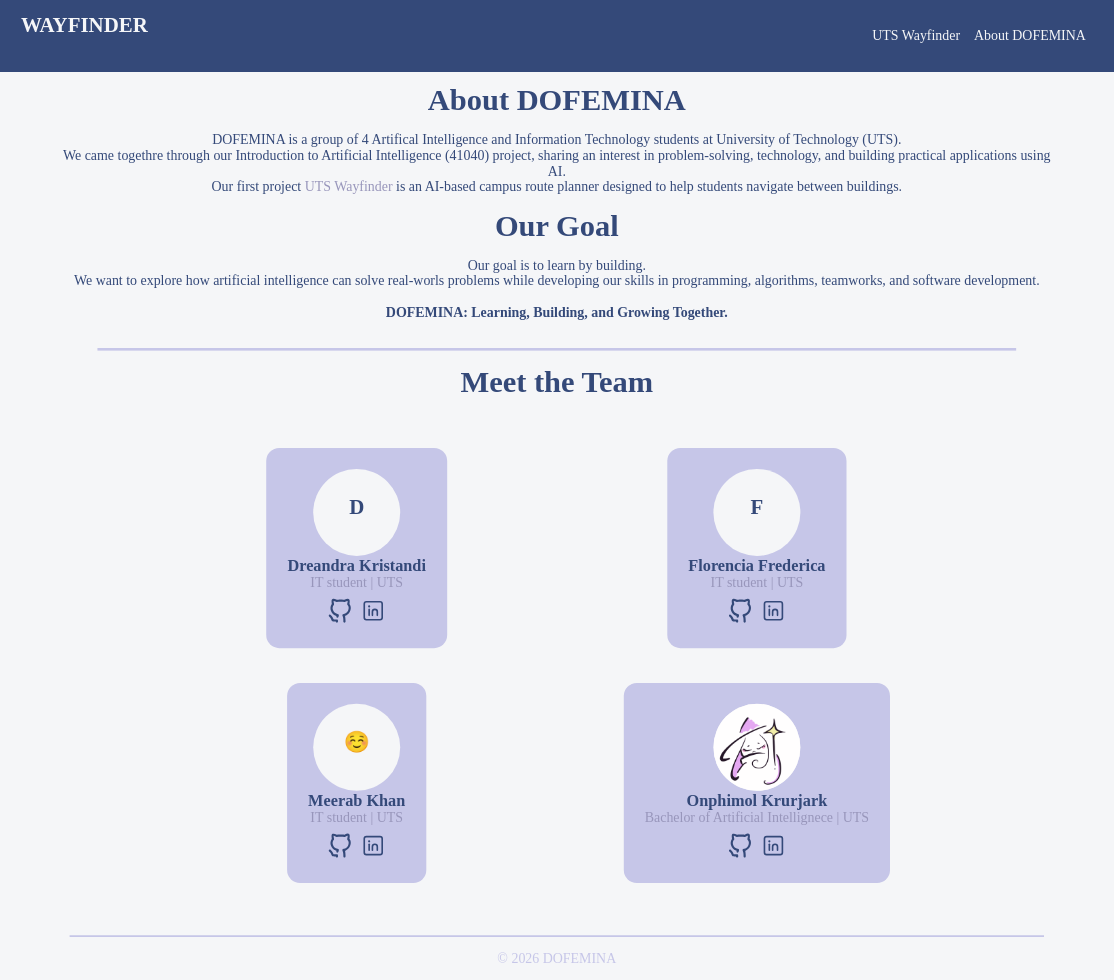
Repository: Meerab-K/uts-wayfinder
Page: html/about.html
The author's editor kept a copy of each file at every save. The page is drawn from the files as they stood at one save, then again after the next save.
The browser window is 1280 px wide. The pictures show the whole page, at 87% of full size.
Some web fonts or font styles are not loaded; a fallback is used.

Above is the page before, as saved 2026-10-19 22:22:20.

### html/about.html
<!DOCTYPE html>
<html lang="en">
<head>
    <meta charset="UTF-8">
    <meta name="viewport" content="width=device-width, initial-scale=1.0">
    <title>About DOFEMINA - UTS Wayfinder</title>

    <link rel="stylesheet" href="../css/common.css">
    <link rel="stylesheet" href="../css/about.css">
    <link rel="stylesheet" href="../css/responsive.css">

    <!-- Google Fonts -->
    <link rel="preconnect" href="https://fonts.googleapis.com">
    <link rel="preconnect" href="https://fonts.gstatic.com" crossorigin>
    <link href="https://fonts.googleapis.com/css2?family=Maname&display=swap" rel="stylesheet">

</head>
<body>
    <header>
        <nav class="navbar">
            <h1>WAYFINDER</h1>
            <ul>
                <li><a href="index.html">UTS Wayfinder</a></li>
                <li><a href="about.html">About DOFEMINA</a></li>
            </ul>
        </nav>
    </header>

    <main>
        <h2>About DOFEMINA</h2>
        <div class="content-box">
            <p>DOFEMINA is a group of 4 Artifical Intelligence and Information Technology students at University of Technology (UTS).</p>
            <p>We came togethre through our Introduction to Artificial Intelligence (41040) project, sharing an interest in problem-solving, technology, and building practical applications using AI.</p>
            <p>Our first project <span class="highlight">UTS Wayfinder</span> is an AI-based campus route planner designed to help students navigate between buildings.</p>
        </div>

        <h2>Our Goal</h2>
        <div class="content-box">
            <p>Our goal is to learn by building.</p>
            <p>We want to explore how artificial intelligence can solve real-worls problems while developing our skills in programming, algorithms, teamworks, and software development.</p>
            <p><br><b>DOFEMINA: Learning, Building, and Growing Together.</b></p>
        </div>

        <h2 class="MeetTeam-topic">Meet the Team</h2>
        <div class="team-contact">
            <div class="card-holder">
                <div class="profile"><span>D</span></div>
                <h3 class="name">Dreandra Kristandi</h3>
                <div class="bio">IT student | UTS</div>
                <div class="contact-link">
                    <a href="" target="_blank"><span class="github-icon"></span></a>
                    <a href="" target="_blank"><span class="linkedin-icon"></span></a>
                </div>
            </div>
            <div class="card-holder">
                <div class="profile"><span>F</span></div>
                <h3 class="name">Florencia Frederica</h3>
                <div class="bio">IT student | UTS</div>
                <div class="contact-link">
                    <a href="" target="_blank"><span class="github-icon"></span></a>
                    <a href="" target="_blank"><span class="linkedin-icon"></span></a>
                </div>
            </div>
            <div class="card-holder">
                <div class="profile"><span>☺️</span></div>
                <h3 class="name">Meerab Khan</h3>
                <div class="bio">IT student | UTS</div>
                <div class="contact-link">
                    <a href="" target="_blank"><span class="github-icon"></span></a>
                    <a href="" target="_blank"><span class="linkedin-icon"></span></a>
                </div>
            </div>
            <div class="card-holder">
                <div class="profile"><img src="../img/jiajy-logo.png" alt="Jiajy-logo"></div>
                <h3 class="name">Onphimol Krurjark</h3>
                <div class="bio">Bachelor of Artificial Intellignece | UTS</div>
                <div class="contact-link">
                    <a href="https://github.com/JiajyStudio" target="_blank"><span class="github-icon"></span></a>
                    <a href="" target="_blank"><span class="linkedin-icon"></span></a>
                </div>
            </div>
        </div>

    </main>

    <footer>
        <p>&copy; 2026 DOFEMINA </p>
    </footer>
</body>
</html>

### css/common.css
:root {
    /*Background*/
    --background-color: #f5f6f8;
    --primary-color: #344979;
    --secondary-color: #9896BB;

    /*Highlight*/
    --highlight-purple: #c6c6e8;
    --highlight-pink: #f7e5eb;

    /*Font*/
    --font: "Maname", serif;
}

* {
    margin: 0;
    padding: 0;
    font-family: var(--font);
}

body {
    background-color: var(--background-color);
    color: var(--primary-color);
}

footer {
    text-align: center;
    margin: 0 5rem;
    padding: 1rem;
    border-top: 2px solid var(--highlight-purple);
    color: var(--highlight-purple);
}

h2 {
    color: var(--primary-color);
    padding: 1rem;
    font-size: 35px;
}

.navbar {
    background-color: var(--primary-color);
    padding: 1rem;
    margin: 0;
    position: fixed;
    top: 0;
    z-index: 100;
    width: 100%;
    display: flex;
    justify-content: space-between;
    box-sizing: border-box;
}

.navbar h1 {
    color: var(--background-color);
    padding: 0 0 0 0.5rem;
}

.navbar ul {
    list-style-type: none;
    display: flex;
    gap: 1rem;
    margin: 1rem;
}

.navbar a {
    text-decoration: none;
    color: var(--background-color);
}

.navbar a:hover {
    color: var(--highlight-purple);
}

.floating-menu-btn {
    position: fixed;
    bottom: 1rem;
    right: 1rem;
    width: 50px;
    height: 50px;
    background-color: var(--primary-color);
    border-radius: 50%;
    display: flex;
    justify-content: center;
    align-items: center;
    cursor: pointer;
    z-index: 1000;
}

.floating-menu-btn span{
    background-color: var(--background-color);
    width: 30px;
    height: 3px;
}

main {
    margin-top: 10rem;
}

### css/about.css
main {
    padding: 0 2rem;
    margin-top: 5rem;
    margin-bottom: 2rem;
    width: 100%;
    box-sizing: border-box;
}

.highlight {
    color: var(--secondary-color);
}

h2 {
    text-align: center;
}

.content-box {
    padding: 0 2rem;
    text-align: center;
}

.MeetTeam-topic {
    margin: 2rem 5rem 0 5rem;
    border-top: 3px solid var(--highlight-purple);
}

.team-contact {
    display: grid;
    grid-template-columns: repeat(2, minmax(0, 1fr));
    gap: 20px;

    width: 90%;
    max-width: 900px;
    margin: 40px auto;
}

.card-holder {
    background-color: var(--highlight-purple);
    border-radius: 15px;
    box-sizing: border-box;

    padding: 1.5rem;
    margin: 0 auto 20px;

    display: flex;
    flex-direction: column;
    align-items: center;
    justify-content: center;
    text-align: center;
}

.profile {
    display: flex;
    align-items: center;
    justify-content: center;

    height: 100px;
    width: 100px;
    border-radius: 50%;
    background-color: var(--background-color);

    font-size: 1.5rem;
    font-weight: bold;
    line-height: 1;
    padding: 0;
    box-sizing: border-box;
}

.profile span {
    display: block;
    transform: translate(0, -6px);
    color: var(--primary-color)
}

.profile img {
    width: 100px;
    height: 100px;
    border-radius: 50%;
}

.name {
    margin: 0;
}

.bio {
    color: var(--secondary-color);
}

.contact-link {
    display: inline-flex;
    gap: 0.5rem;
    margin-top: 0.5rem;
    height: auto;
}

.github-icon {
    display: inline-block;
    width: 30px;
    height: 30px;

    background-color: var(--primary-color);
    mask: url("../svg/github.svg") center / contain no-repeat;
}

.github-icon:hover {
    background-color: var(--highlight-pink);
}

.linkedin-icon {
    display: inline-block;
    width: 30px;
    height: 30px;

    background-color: var(--primary-color);
    mask: url("../svg/linkedin.svg") center / contain no-repeat;
}

.linkedin-icon:hover {
    background-color: var(--highlight-pink);
}

### css/responsive.css
@media (max-width: 1000px) {
    /*index.html*/
    #map_section {
        display: block;
    }

    #map_section img {
        width: 100%;
        margin: 0;
    }

    #map_section div h2 {
        text-align: center;
    }

    #map_section div table {
        width: 100%;
    }
}

@media (max-width: 800px) {
    main {
        margin-top: 10rem;
    }

    .navbar {
        text-align: center;
        display: block;
    }

    .navbar ul {
        justify-content: center;
        margin-top: 1.5rem;
        padding: 0.5rem;
        border-top: 1px solid var(--secondary-color);
    }

    /*index.html*/
    form select {
        width: 60%;
    }

    /*about.html*/
    .team-contact {
        grid-template-columns: 1fr;
        max-width: 450px;
    }
}

### svg/github.svg
<?xml version="1.0" encoding="utf-8"?><!-- Uploaded to: SVG Repo, www.svgrepo.com, Generator: SVG Repo
Mixer Tools -->
<svg width="800px" height="800px" viewBox="0 0 24 24" fill="none" xmlns="http://www.w3.org/2000/svg">
    <path
        d="M4.0744 2.9938C4.13263 1.96371 4.37869 1.51577 5.08432 1.15606C5.84357 0.768899 7.04106 0.949072 8.45014 1.66261C9.05706 1.97009 9.11886 1.97635 10.1825 1.83998C11.5963 1.65865 13.4164 1.65929 14.7213 1.84164C15.7081 1.97954 15.7729 1.97265 16.3813 1.66453C18.3814 0.651679 19.9605 0.71795 20.5323 1.8387C20.8177 2.39812 20.8707 3.84971 20.6494 5.04695C20.5267 5.71069 20.5397 5.79356 20.8353 6.22912C22.915 9.29385 21.4165 14.2616 17.8528 16.1155C17.5801 16.2574 17.3503 16.3452 17.163 16.4167C16.5879 16.6363 16.4133 16.703 16.6247 17.7138C16.7265 18.2 16.8491 19.4088 16.8973 20.4002C16.9844 22.1922 16.9831 22.2047 16.6688 22.5703C16.241 23.0676 15.6244 23.076 15.2066 22.5902C14.9341 22.2734 14.9075 22.1238 14.9075 20.9015C14.9075 19.0952 14.7095 17.8946 14.2417 16.8658C13.6854 15.6415 14.0978 15.185 15.37 14.9114C17.1383 14.531 18.5194 13.4397 19.2892 11.8146C20.0211 10.2698 20.1314 8.13501 18.8082 6.83668C18.4319 6.3895 18.4057 5.98446 18.6744 4.76309C18.7748 4.3066 18.859 3.71768 18.8615 3.45425C18.8653 3.03823 18.8274 2.97541 18.5719 2.97541C18.4102 2.97541 17.7924 3.21062 17.1992 3.49805L16.2524 3.95695C16.1663 3.99866 16.07 4.0147 15.975 4.0038C13.5675 3.72746 11.2799 3.72319 8.86062 4.00488C8.76526 4.01598 8.66853 3.99994 8.58215 3.95802L7.63585 3.49882C7.04259 3.21087 6.42482 2.97541 6.26317 2.97541C5.88941 2.97541 5.88379 3.25135 6.22447 4.89078C6.43258 5.89203 6.57262 6.11513 5.97101 6.91572C5.06925 8.11576 4.844 9.60592 5.32757 11.1716C5.93704 13.1446 7.4295 14.4775 9.52773 14.9222C10.7926 15.1903 11.1232 15.5401 10.6402 16.9905C10.26 18.1319 10.0196 18.4261 9.46707 18.4261C8.72365 18.4261 8.25796 17.7821 8.51424 17.1082C8.62712 16.8112 8.59354 16.7795 7.89711 16.5255C5.77117 15.7504 4.14514 14.0131 3.40172 11.7223C2.82711 9.95184 3.07994 7.64739 4.00175 6.25453C4.31561 5.78028 4.32047 5.74006 4.174 4.83217C4.09113 4.31822 4.04631 3.49103 4.0744 2.9938Z"
        fill="currentColor" />
    <path
        d="M3.33203 15.9454C3.02568 15.4859 2.40481 15.3617 1.94528 15.6681C1.48576 15.9744 1.36158 16.5953 1.66793 17.0548C1.8941 17.3941 2.16467 17.6728 2.39444 17.9025C2.4368 17.9449 2.47796 17.9858 2.51815 18.0257C2.71062 18.2169 2.88056 18.3857 3.05124 18.5861C3.42875 19.0292 3.80536 19.626 4.0194 20.6962C4.11474 21.1729 4.45739 21.4297 4.64725 21.5419C4.85315 21.6635 5.07812 21.7352 5.26325 21.7819C5.64196 21.8774 6.10169 21.927 6.53799 21.9559C7.01695 21.9877 7.53592 21.998 7.99999 22.0008C8.00033 22.5527 8.44791 23.0001 8.99998 23.0001C9.55227 23.0001 9.99998 22.5524 9.99998 22.0001V21.0001C9.99998 20.4478 9.55227 20.0001 8.99998 20.0001C8.90571 20.0001 8.80372 20.0004 8.69569 20.0008C8.10883 20.0026 7.34388 20.0049 6.67018 19.9603C6.34531 19.9388 6.07825 19.9083 5.88241 19.871C5.58083 18.6871 5.09362 17.8994 4.57373 17.2891C4.34391 17.0194 4.10593 16.7834 3.91236 16.5914C3.87612 16.5555 3.84144 16.5211 3.80865 16.4883C3.5853 16.265 3.4392 16.1062 3.33203 15.9454Z"
        fill="currentColor" />
</svg>

### svg/linkedin.svg
<?xml version="1.0" encoding="utf-8"?><!-- Uploaded to: SVG Repo, www.svgrepo.com, Generator: SVG Repo
Mixer Tools -->
<svg width="800px" height="800px" viewBox="0 0 192 192" xmlns="http://www.w3.org/2000/svg"
    fill="none">
    <rect width="132" height="132" x="30" y="30" stroke="currentColor" stroke-width="12" rx="16" />
    <path stroke="currentColor" stroke-linecap="round" stroke-linejoin="round" stroke-width="12"
        d="M66 86v44" />
    <circle cx="66" cy="64" r="8" fill="currentColor" />
    <path stroke="currentColor" stroke-linecap="round" stroke-width="12"
        d="M126 130v-26c0-9.941-8.059-18-18-18v0c-9.941 0-18 8.059-18 18v26" />
</svg>

After the next save:
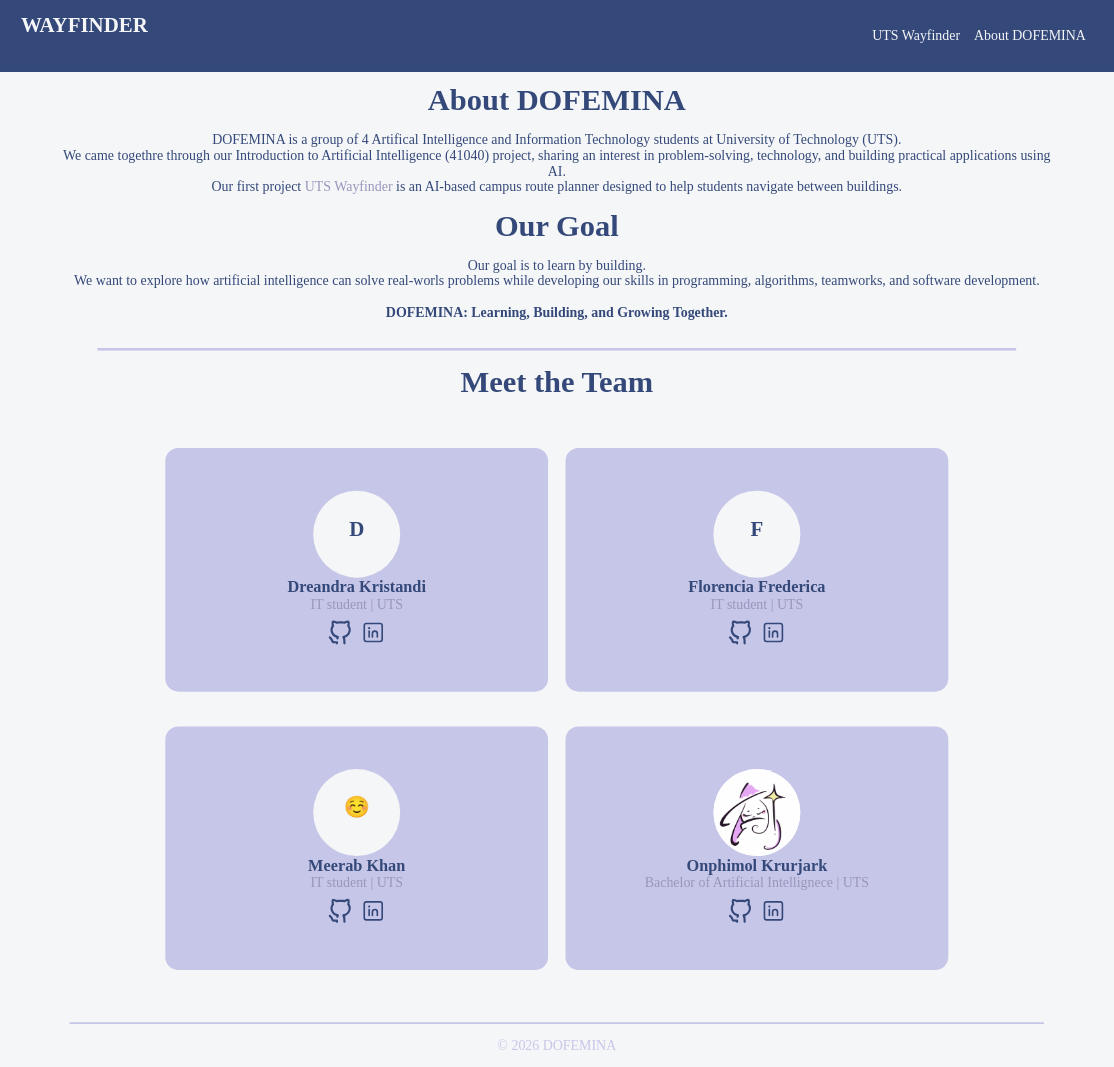
Saved 87 s later.
--- a/css/about.css
+++ b/css/about.css
@@ -41,6 +41,10 @@
 
     padding: 1.5rem;
     margin: 0 auto 20px;
+
+    width: 100%;
+    min-width: 0;
+    min-height: 280px;
 
     display: flex;
     flex-direction: column;
